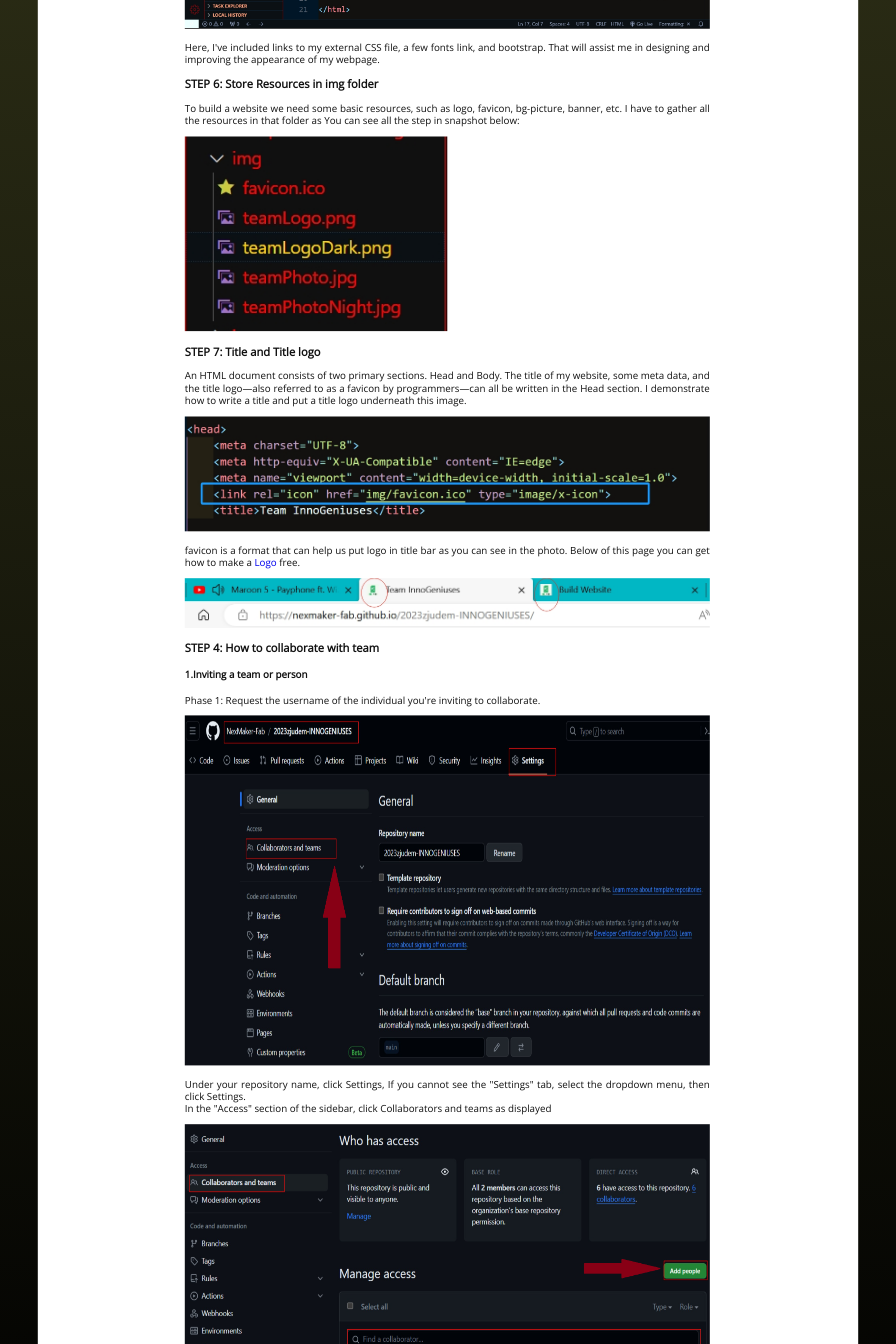
Repository: NexMaker-Fab/2023zjudem-INNOGENIUSES
Page: build web/page1.html
The author's editor kept a copy of each file at every save. The page is drawn from the files as they stood at one save, then again after the next save.
The browser window is 1280 px wide. The pictures show the part of the page from y = 4580 to 6500 px (the page is 9076 px tall before and 9362 px after), at 70% of full size.

Above is the page before, as saved 2023-11-27 01:19:13.

After the next save:
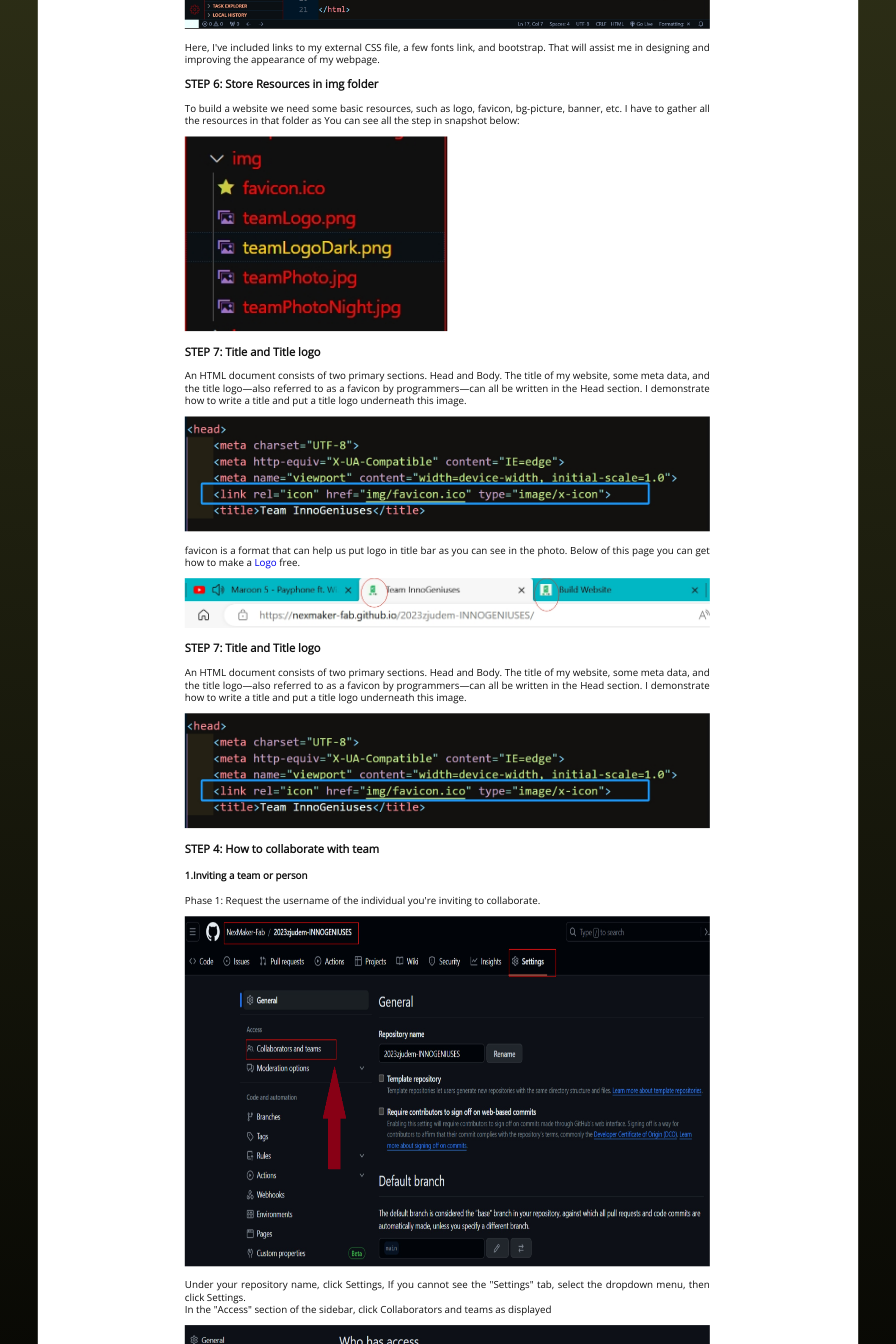
Saved 3 min 10 s later.
--- a/build web/page1.html
+++ b/build web/page1.html
@@ -128,7 +128,11 @@
                             favicon is a format that can help us put logo in title bar as you can see in the photo. Below of this page you can get how to make a <a href="#logoCreate">Logo</a> free.
                         </p>
                         <img src="img/title logo.png" alt="description photo" style="width:100%; height: 100%;">
-
+                        <h3>STEP 7: Title and Title logo</h3>
+                        <p>An HTML document consists of two primary sections. Head and Body. The title of my website, some meta data, and the title logo—also referred to as a favicon by programmers—can all be written in the Head section. I demonstrate how
+                            to write a title and put a title logo underneath this image.
+                        </p>
+                        <img src="img/bw3.png" alt="description photo" style="width:100%; height: fit-content;">
 
                         <h3>STEP 4: How to collaborate with team</h3>
                         <h4>1.Inviting a team or person</h4>
